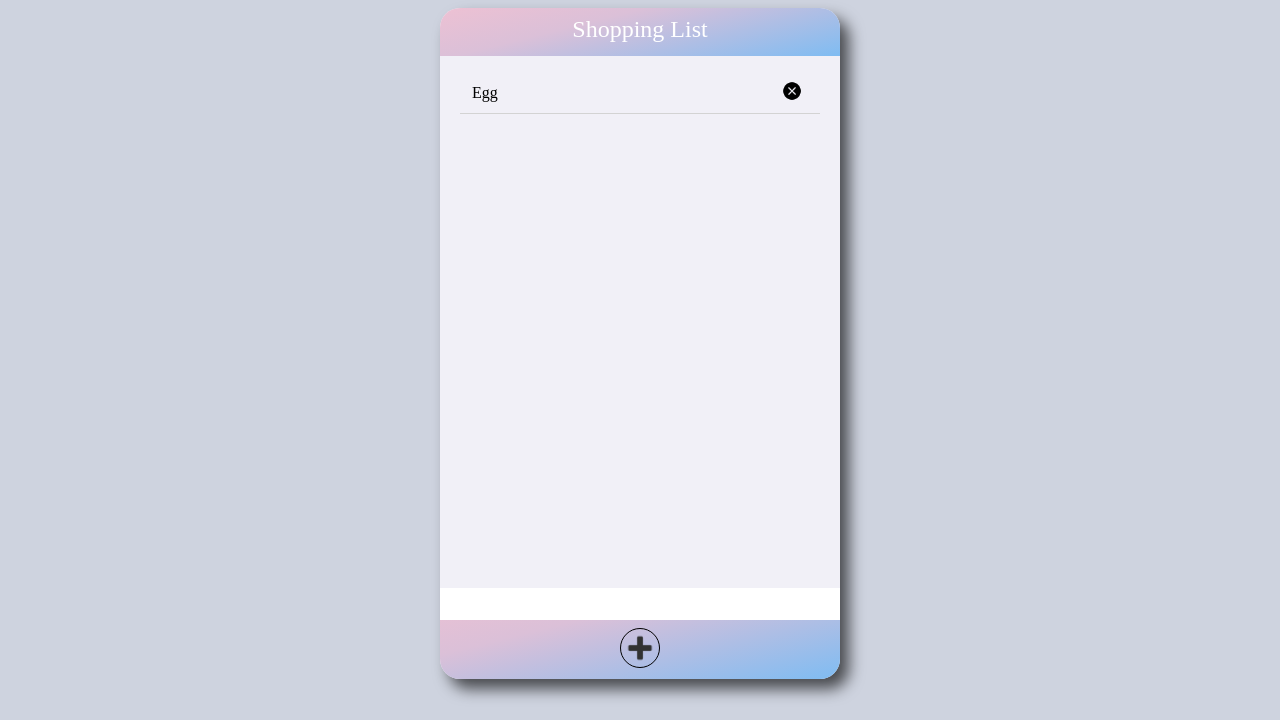
Repository: yoon-dh/JS_Prac
Page: shopping_list/shopping_list.html
These files come from the project's save history. The page is drawn as it stood at one moment and after the next save; the edit follows.
The browser window is 1280 px wide. The pictures show the whole page.

Above is the page before, as saved 2023-06-22 01:48:11.

After the next save:
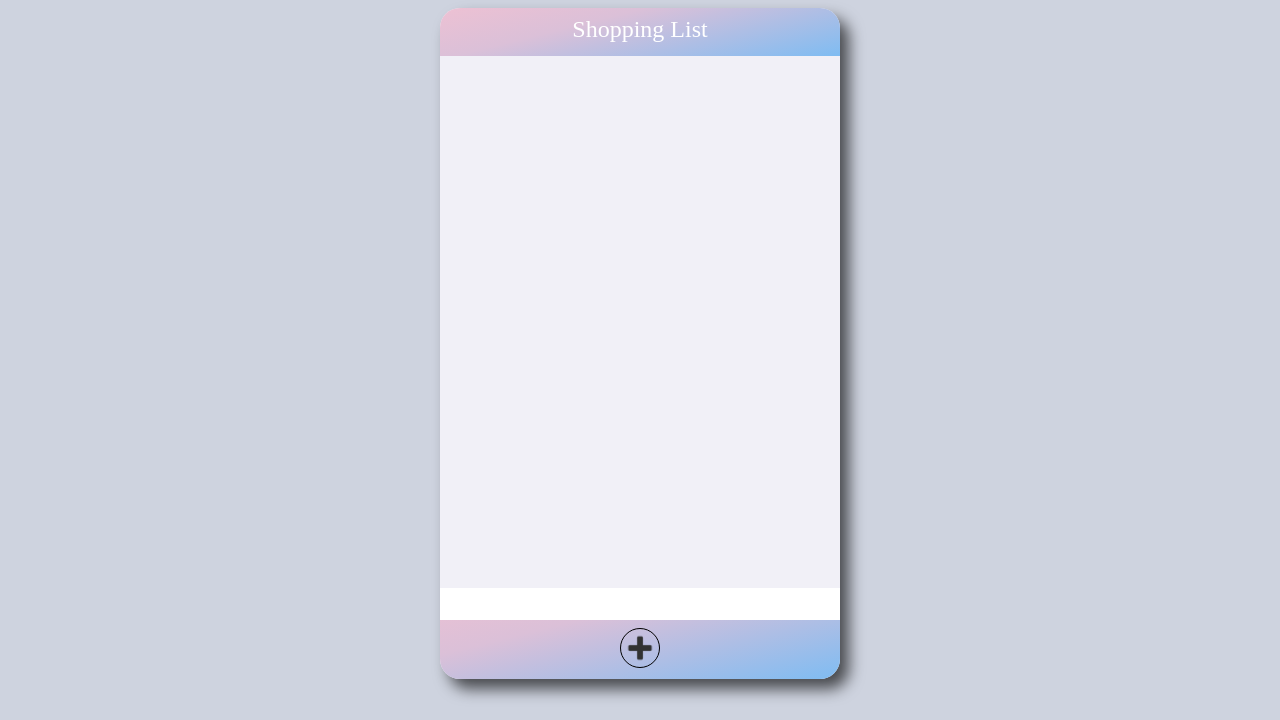
Saved 30 s later.
--- a/shopping_list/shopping_list.html
+++ b/shopping_list/shopping_list.html
@@ -11,17 +11,7 @@
   <body>
     <section class="list">
       <header class="header">Shopping List</header>
-      <ul class="items">
-        <li class="item_row">
-          <div class="item">
-            <span class="item_name">Egg</span>
-            <button class="item_delete_btn">
-              <img class="item_delete" src="image/delete-button.png" alt="" />
-            </button>
-          </div>
-          <div class="item_divider"></div>
-        </li>
-      </ul>
+      <ul class="items"></ul>
       <footer class="footer">
         <input class="footer_input" type="text" />
         <button class="footer_button">
